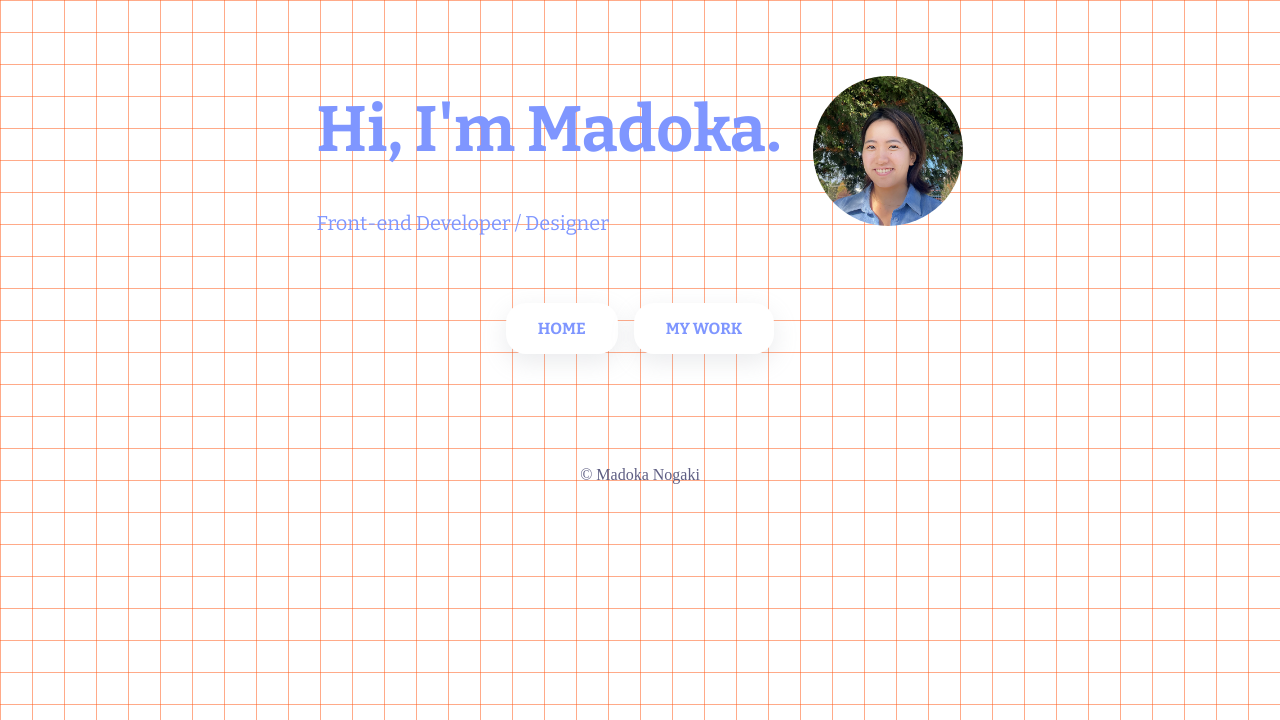
Repository: ohmaruko/portfolio
Page: /works
An editor plug-in stored every save of this project. The page is shown before and after the next save, followed by the edit.
The browser window is 1280 px wide. The pictures show the whole page.
Pictures or frames that could not be fetched are drawn as grey boxes. The project was rebuilt for these pictures with package versions that can differ from the ones it lists, and the page was loaded fresh each time. The framework's server and built-in components were replaced by stand-ins that run in the browser. Also part of the build but not shown: next.config.mjs.

Above is the page before, as saved 2024-02-17 22:47:58.

### pages/works.js

import styles from '../styles/Home.module.css'
import Image from 'next/image'
import Header from '@/components/Header'
import Footer from '@/components/Footer'
import { Open_Sans } from 'next/font/google'
import Box2 from '@/components/Box2'


const openSans = Open_Sans ({subsets: ['latin']})

export default function Works() {
  return (
    <>

      <head>
        <title>Madoka Nogaki Portfolio</title>
        <meta name="description" content="Portfolio page" />
        <meta name="viewport" content="width=device-width, initial-scale=1" />
        <link rel="icon" href="/favicon.png" />
      </head>

      <div className={styles.container}>
        <Header className={openSans.className}/>
        <main className={styles.outerContainer}>
          {/* <div>
            <Box2 title='Dolce Donut' image='/images/dolcedonuts.png' url="/"/>
          </div> */}

        </main>

        <div className={styles.outerContainer}>
          <Footer />
        </div>
      </div>

    </>
  )
}

### styles/globals.css
:root {
  --orange: #FF5714;
  --light-orange: rgba(255, 87, 20, 0.5);
  --blue: #7F96FF;
  --white: #fff;
  --text: #5e5e83;
  color: #5e5e83;

  --medium-font: 20px;
}

body {
  margin: 0;
}

p {
  font-size: 16px;
}

### styles/Home.module.css
.container {
  display: flex;
  flex-direction: column;
  align-items: center;
  min-height: 100vh;
  /* background */
  background-image:
    linear-gradient(to right, var(--light-orange) 1px, transparent 1px),
    linear-gradient(to bottom, var(--light-orange) 1px, transparent 1px);
  background-size: 2em 2em;
  width: 100%;
}
.header {
  width: 70%;
}
.outerContainer {
  display: flex;
  width: 70%;
  justify-content: center;
  margin: 2em auto;
}
.box1 {
  flex: 1;
  flex-basis: 60%;
}
.box2 {
  flex: 1;
  flex-basis: 40%;
}
.link {
  text-decoration: none;
  color: var(--text);
  display: flex;
  align-items: center;
  gap: 1rem;
}
.logo {
  fill: var(--blue);
}
.skill {
  display: flex;
  gap: 1rem;
}
.footer {
  margin: 2rem;
}
/* mobile */
/* @media (max-width: 800px){

} */

### components/Header/index.js
import styles from './Header.module.css'
import Image from 'next/image'
import Link from 'next/link'
import { Bitter } from 'next/font/google'
const bitter = Bitter ({subsets: ['latin']})

export default function Header() {
    return (
        <header className={`${styles.header}, ${bitter.className}`}>
            <div className={styles.banner}>
                <div>
                    <h1>Hi, I'm Madoka.</h1>
                    <p style={{fontSize:"var(--medium-font)"}}>Front-end Developer / Designer</p>
                </div>
                <Image src="/images/profile.png" alt="profile image" width={150} height={150} className={styles.img} />
            </div>
            <div className={styles.menu}>
                <Link href='/'>HOME</Link>
                <Link href='/works'>MY WORK</Link>
            </div>
        </header>

    )
}

### components/Footer/index.js
import styles from "./Footer.module.css"

export default function Footer() {
    return (
        <>
            <p>&copy; Madoka Nogaki</p>
        </>
    )
}

### components/Header/Header.module.css
.header {
    width: 100%;
}
.banner {
    font-size: 2em;
    color: var(--blue);
    display: flex;
    justify-content: center;
    align-items: center;
    gap: 2rem;
    margin: 3rem 0;
}
.img {
    border-radius: 50%;
}
.menu {
    display: flex;
    justify-content: center;
    gap: 1rem;
}
.menu a {
    text-decoration: none;
    color: var(--blue);
    font-weight: bold;
    background-color: var(--white);
    box-shadow: rgba(149, 157, 165, 0.2) 0px 8px 24px;
    border-radius: 20px;
    padding: 1rem 2rem;
}

### components/Box2/index.js
import styles from "./Box2.module.css"
import Image from "next/image"
import Link from "next/link"

export default function Box2({
    title,
    image,
    url
}) {
    return (
        <div className={styles.box2}>
            <a href={url}>
                <Image src={image} width={300} height={200}/>
            </a>
            <h2 style={{color: "var(--blue)", textAlign: "center"}}>{title}</h2>
        </div>
    )
}

### components/Box2/Box2.module.css
.box2 {
    background-color: var(--white);
    padding-bottom: 1rem;
    margin: 0.5em;
    border-radius: 50px;
    box-shadow: rgba(149, 157, 165, 0.2) 0px 8px 24px;
}

Loaded but not shown: pages/_app.js (common file); pages/_document.js (common file); components/Footer/Footer.module.css (no stored copy; drawn as an empty file)

After the next save:
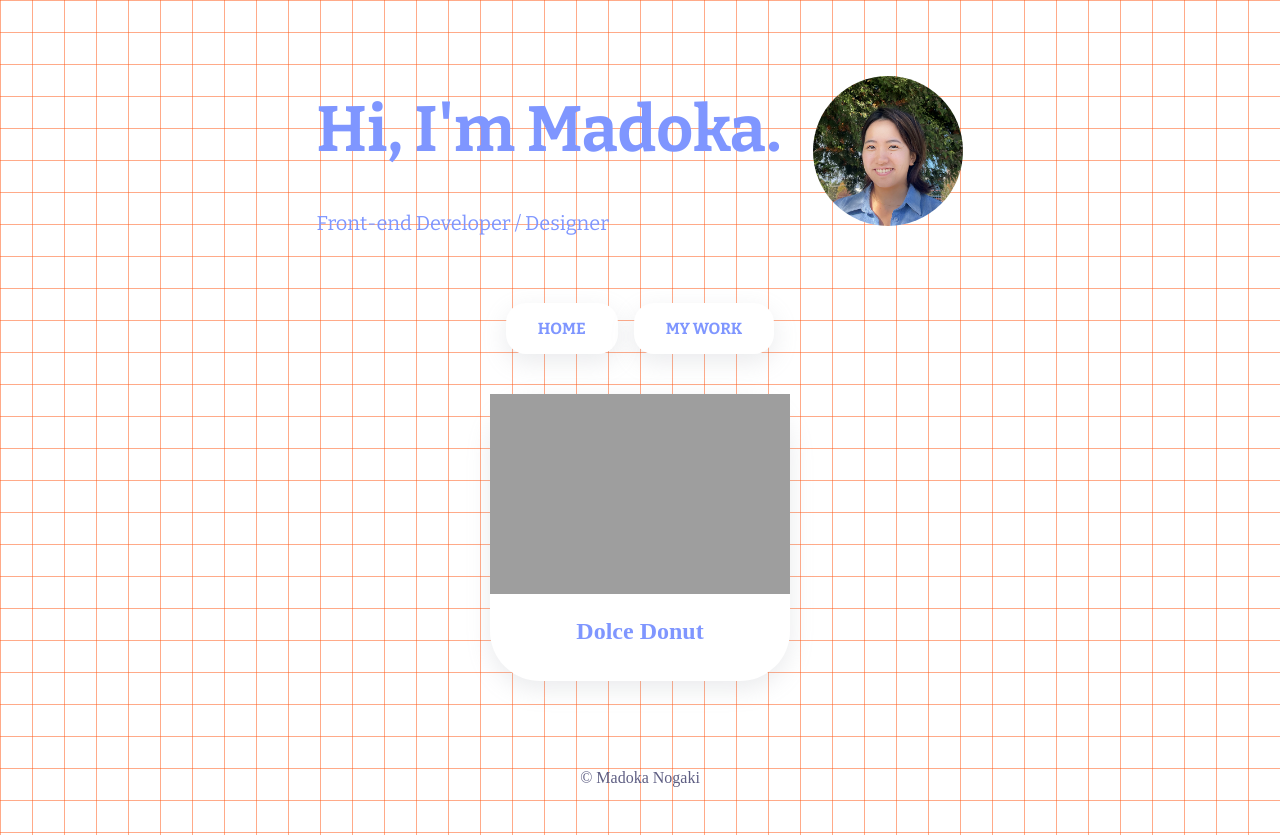
Saved 7 s later.
--- a/pages/works.js
+++ b/pages/works.js
@@ -23,9 +23,9 @@ export default function Works() {
       <div className={styles.container}>
         <Header className={openSans.className}/>
         <main className={styles.outerContainer}>
-          {/* <div>
+          <div>
             <Box2 title='Dolce Donut' image='/images/dolcedonuts.png' url="/"/>
-          </div> */}
+          </div>
 
         </main>
 
